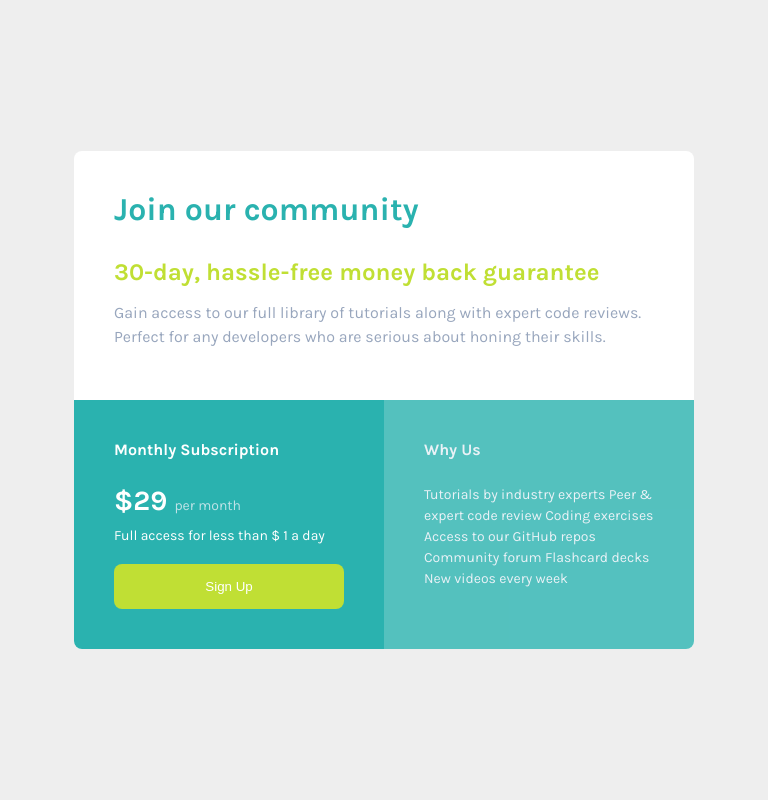
Repository: Akashiii1/WebSingleGrid_Day3
Page: index.html
These files come from the project's save history. The page is drawn as it stood at one moment and after the next save; the edit follows.
The browser window is 768 px wide. The pictures show the whole page.

Above is the page before, as saved 2021-12-22 02:02:22.

After the next save:
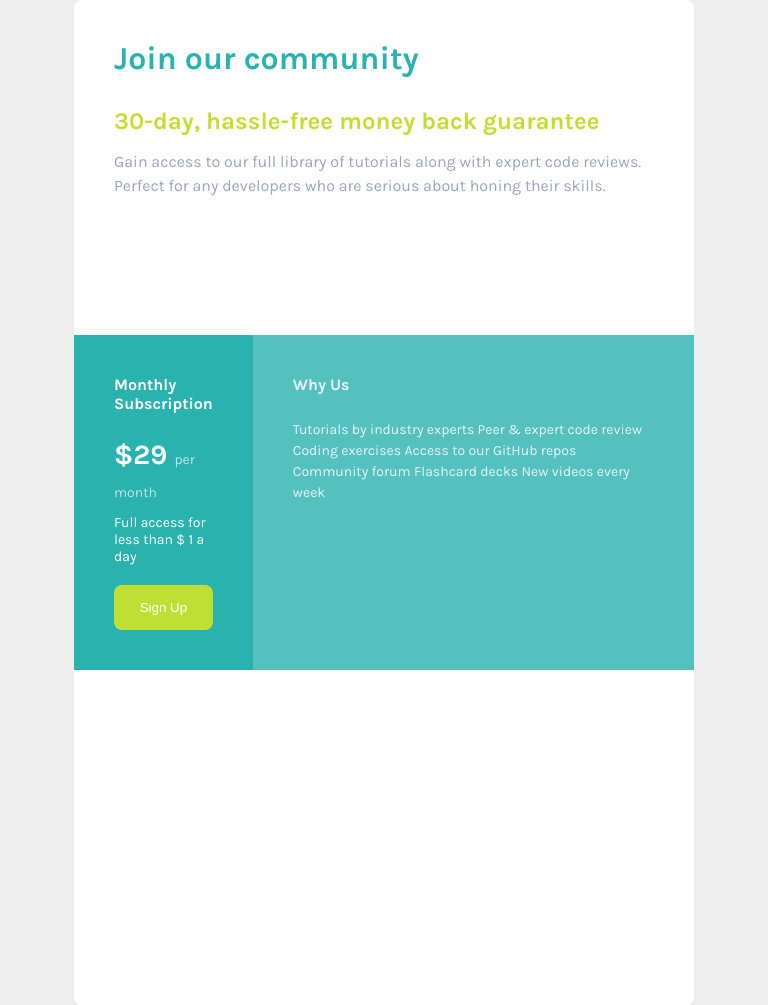
Saved 41 s later.
--- a/style.css
+++ b/style.css
@@ -134,5 +134,11 @@ body{
   padding: 15px 20px;
 }
 @media (max-width:768px){
-
+  .container{
+    display: grid;
+    grid-template-columns:1fr ;
+    grid-template-rows: 1fr 1fr 1fr;
+    grid-template-areas:"it1 "
+                        "it2 it3";
+  }
 }
